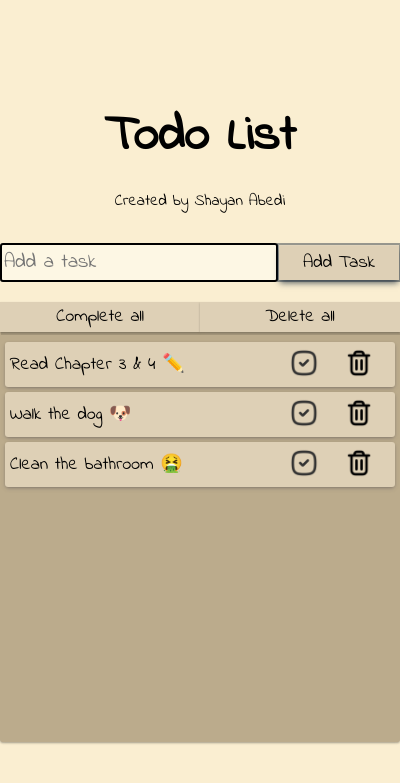
Repository: shayanabedi98/todo-list
Page: /
These files come from the project's save history. The page is drawn as it stood at one moment and after the next save; the edit follows.
The browser window is 375 px wide. The page is 400 px wide, so the pictures cover 400 px, including what lies to the right of the window. The pictures show the whole page.
The project was rebuilt for these pictures with package versions that can differ from the ones it lists, and the page was loaded fresh each time. Also part of the build but not shown: vite.config.js.

Above is the page before, as saved 2023-12-30 20:03:01.

### index.html
<!doctype html>
<html lang="en">
  <head>
    <meta charset="UTF-8" />
    <link rel="icon" type="image/svg+xml" href="./src/assets/pencil-svgrepo-com.png" />
    <meta name="viewport" content="width=device-width, initial-scale=1.0" />
    <link rel="preconnect" href="https://fonts.googleapis.com">
    <link rel="preconnect" href="https://fonts.gstatic.com" crossorigin>
    <link href="https://fonts.googleapis.com/css2?family=Indie+Flower&display=swap" rel="stylesheet">
    <title>Todo List</title>
  </head>
  <body>
    <div id="root"></div>
    <script type="module" src="/src/main.jsx"></script>
  </body>
</html>

### src/App.jsx
import { useState } from "react";
import { v4 as uuid } from "uuid";
import TodoList from "./TodoList";
import CreateTask from "./CreateTask";
import AffectAll from "./AffectAll";

function App() {
  const [list, setList] = useState([
    { id: uuid(), text: "Read Chapter 3 & 4 ✏️", completed: false },
    { id: uuid(), text: "Walk the dog 🐶", completed: false },
    { id: uuid(), text: "Clean the bathroom 🤮", completed: false },
  ]);
  const [input, setInput] = useState("");

  const addTask = () => {
    if (input.trim() !== "") {
      setList([...list, { id: uuid(), text: input, completed: false }]);
      setInput("");
    }
  };

  const handleChange = (event) => {
    setInput(event.target.value);
  };

  const handleDelete = (taskID) => {
    const newList = list.filter((task) => {
      return task.id !== taskID;
    });
    setList(newList);
  };

  const handleComplete = (taskID) => {
    const newList = list.map((task) => {
      if (task.id === taskID) {
        return { ...task, completed: !task.completed };
      } else {
        return task;
      }
    });
    setList(newList);
  };

  const clearAll = () => {
    setList([]);
  };

  const completeAll = () => {
    const isItCompleted = list.some((task) => !task.completed);
    const newList = list.map((task) => ({ ...task, completed: isItCompleted }));
    setList(newList)
  };

  return (
    <>
      <h1>Todo List</h1>
      <p id="developer">Created by Shayan Abedi</p>
      <CreateTask handleChange={handleChange} input={input} addTask={addTask} />
      <AffectAll clearAll={clearAll} completeAll={completeAll} />
      <TodoList
        list={list}
        handleDelete={handleDelete}
        handleComplete={handleComplete}
      />
    </>
  );
}

export default App;

### src/index.css
body {
  background-color: #faeed1;
  font-family: "Indie Flower", cursive;
  margin: 0;
  padding: 0;
}

h1 {
  font-size: 50px;
  margin-top: 100px;
  margin-bottom: 0;
  text-align: center;
}

.create-task {
  display: grid;
  place-items: center;
  align-content: center;
  grid-template-columns: 1fr 1fr;
  margin: 30px auto 0 auto;
}

.create-task input {
  background-color: #fdf7e4;
  border: 2px solid black;
  border-radius: 3px;
  font-size: 20px;
  height: 38px;
  width: 320px;
  font-family: "Indie Flower", cursive;
}

.create-task button {
  background-color: #ded0b6;
  border: none;
  font-family: "Indie Flower", cursive;
  height: 40px;
  width: 160px;
  font-size: 20px;
  box-shadow: rgba(6, 24, 44, 0.4) 0px 0px 0px 2px,
    rgba(6, 24, 44, 0.65) 0px 4px 6px -1px,
    rgba(255, 255, 255, 0.08) 0px 1px 0px inset;
  cursor: pointer;
}

.affect-all {
  display: flex;
  justify-content: space-between;
  margin-top: 20px;
}

.affect-all button {
  background-color: #ded0b6;
  box-shadow: rgba(0, 0, 0, 0.12) 1px 3px, rgba(0, 0, 0, 0.24) 0px 1px 2px;
  border: none;
  font-family: "Indie Flower", cursive;
  height: 30px;
  width: 50%;
  font-size: 18px;
  cursor: pointer;
}

.affect-all button:active {
  box-shadow: rgba(0, 0, 0, 0.12) 1px 1px, rgba(0, 0, 0, 0.24) 0px 1px 2px;
}

.list ul {
  margin: 0;
  padding: 5px;
  box-shadow: rgba(0, 0, 0, 0.12) 0px 1px 3px, rgba(0, 0, 0, 0.24) 0px 1px 2px;
  border-radius: 0 0 3px 3px;
  background-color: #bbab8c;
  min-height: 400px;
}

.list li {
  list-style: none;
  display: grid;
  grid-template-columns: 1fr 0.2fr 0.2fr;
  background-color: #ded0b6;
  margin-top: 5px;
  margin-bottom: 5px;
  padding: 5px;
  box-shadow: rgba(50, 50, 93, 0.25) 0px 2px 5px -1px,
    rgba(0, 0, 0, 0.3) 0px 1px 3px -1px;
  border-radius: 3px;
  font-size: 18px;
  align-items: center;
}

#developer,
h1,
.create-task,
.list,
.affect-all {
  width: 500px;
  margin-left: auto;
  margin-right: auto;
}

.list button {
  background-color: #ded0b6;
  height: 35px;
  width: 35px;
  margin: auto 2px;
  cursor: pointer;
  border: none;
  border-radius: 3px;
}

.list img,
.affect-all img {
  height: 30px;
}

#developer {
  text-align: center;
}

@media (max-width: 525px) {
  #developer,
  h1,
  .create-task,
  .list,
  .affect-all {
    width: 400px;
  }
}

.create-task button {
  width: 120px;
  font-size: 18px;
  height: 35px;
}

.create-task input {
  width: 270px;
  height: 33px;
}

### src/TodoList.jsx
import React from "react";
import trash from "./assets/trash.png";
import check from "./assets/check.png";

const TodoList = ({ handleComplete, handleDelete, list }) => {
  const completedStyle = (condition) => {
    return condition
      ? {
          color: "grey",
          textDecoration: "line-through",
        }
      : {};
  };

  return (
    <div className="list">
      <ul>
        {list.map((task) => {
          return (
            <li key={task.id}>
              <span style={completedStyle(task.completed)}>{task.text}</span>
              <button id="complete" onClick={() => handleComplete(task.id)}>
                <img src={check} alt="checkmark button"/>
              </button>
              <button id="delete" onClick={() => handleDelete(task.id)}>
                <img src={trash} alt="delete button"/>
              </button>
            </li>
          );
        })}
      </ul>
    </div>
  );
};

export default TodoList;

### src/CreateTask.jsx
import React from "react";

const CreateTask = ({input, addTask, handleChange}) => {
  return (
    <div className="create-task">
      <input
        onKeyDown={(e) => e.key === 'Enter' && addTask()}
        placeholder="Add a task"
        type="text"
        onChange={handleChange}
        value={input}
      />
      <button onClick={addTask}>Add Task</button>
    </div>
  );
};

export default CreateTask;

### src/AffectAll.jsx
import React from "react";


const AffectAll = ({ clearAll, completeAll }) => {
  return (
    <div className="affect-all">
      <button onClick={completeAll}>Complete all</button>
      <button onClick={clearAll}>Delete all</button>
    </div>
  );
};

export default AffectAll;

Loaded but not shown: src/main.jsx (common file)

After the next save:
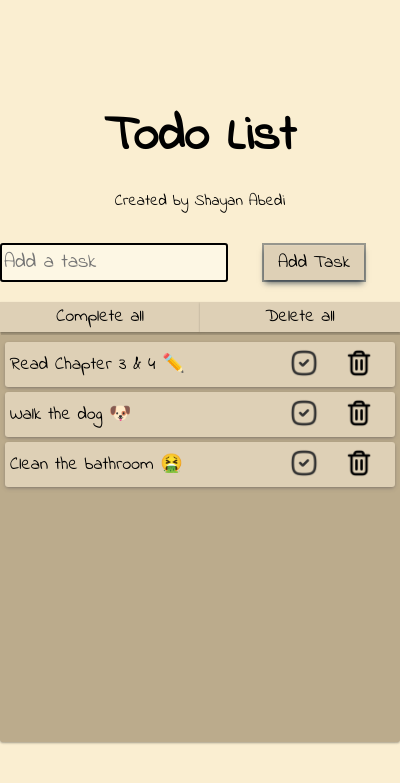
Saved 53 s later.
--- a/src/index.css
+++ b/src/index.css
@@ -117,13 +117,13 @@ h1,
   text-align: center;
 }
 
-@media (max-width: 525px) {
+@media (max-width: 420px) {
   #developer,
   h1,
   .create-task,
   .list,
   .affect-all {
-    width: 400px;
+    width: 330px;
   }
 }
 
@@ -137,3 +137,24 @@ h1,
   width: 270px;
   height: 33px;
 }
+
+@media (max-width: 525px) {
+  #developer,
+  h1,
+  .create-task,
+  .list,
+  .affect-all {
+    width: 400px;
+  }
+}
+
+.create-task button {
+  width: 100px;
+  font-size: 18px;
+  height: 35px;
+}
+
+.create-task input {
+  width: 220px;
+  height: 33px;
+}
